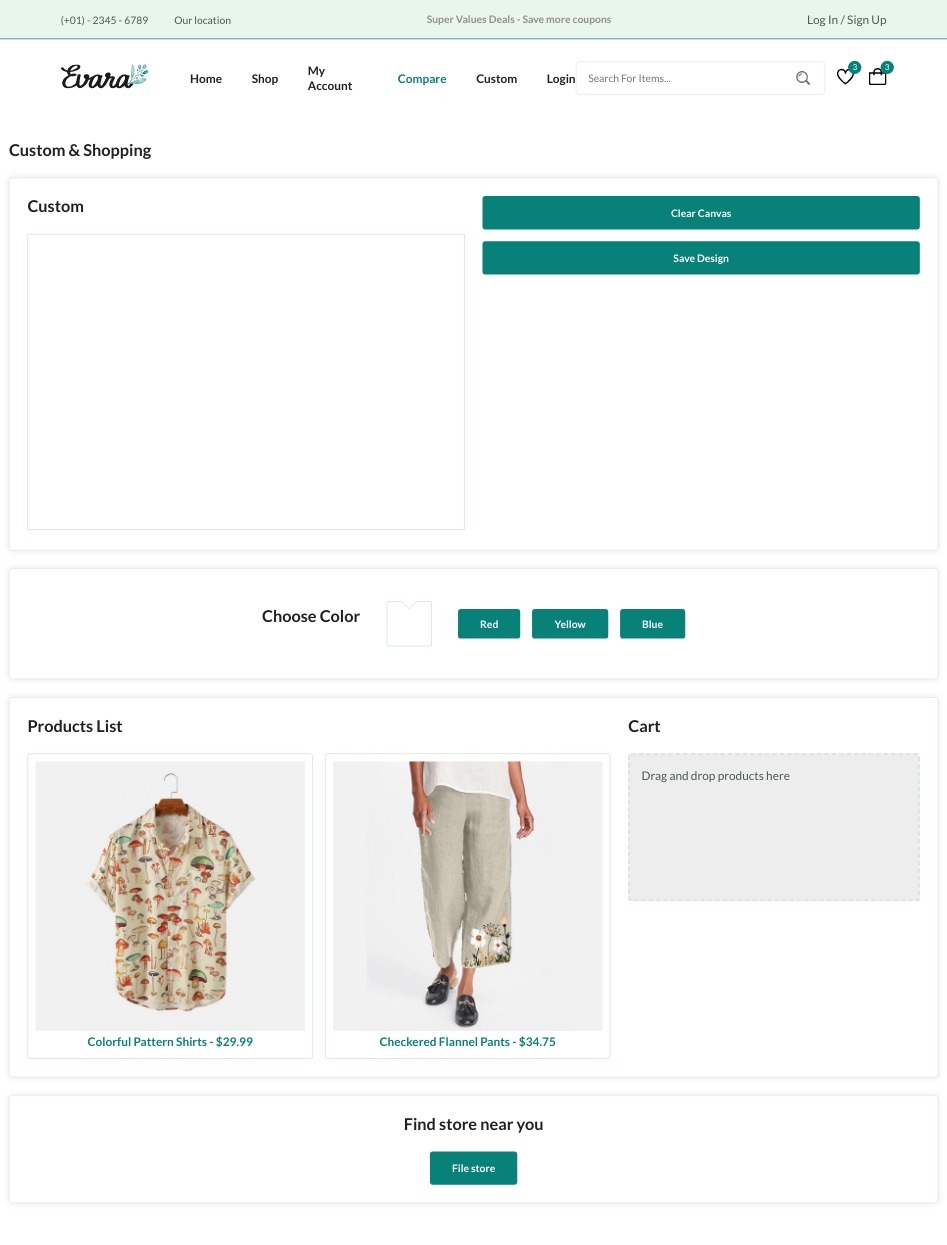
Repository: binhphanbp/evara-ecommerce
Page: custome-shop.html
The author's editor kept a copy of each file at every save. The page is drawn from the files as they stood at one save, then again after the next save.
The browser window is 1280 px wide. The pictures show the whole page, at 74% of full size.

Above is the page before, as saved 2025-06-17 07:56:41.

After the next save:
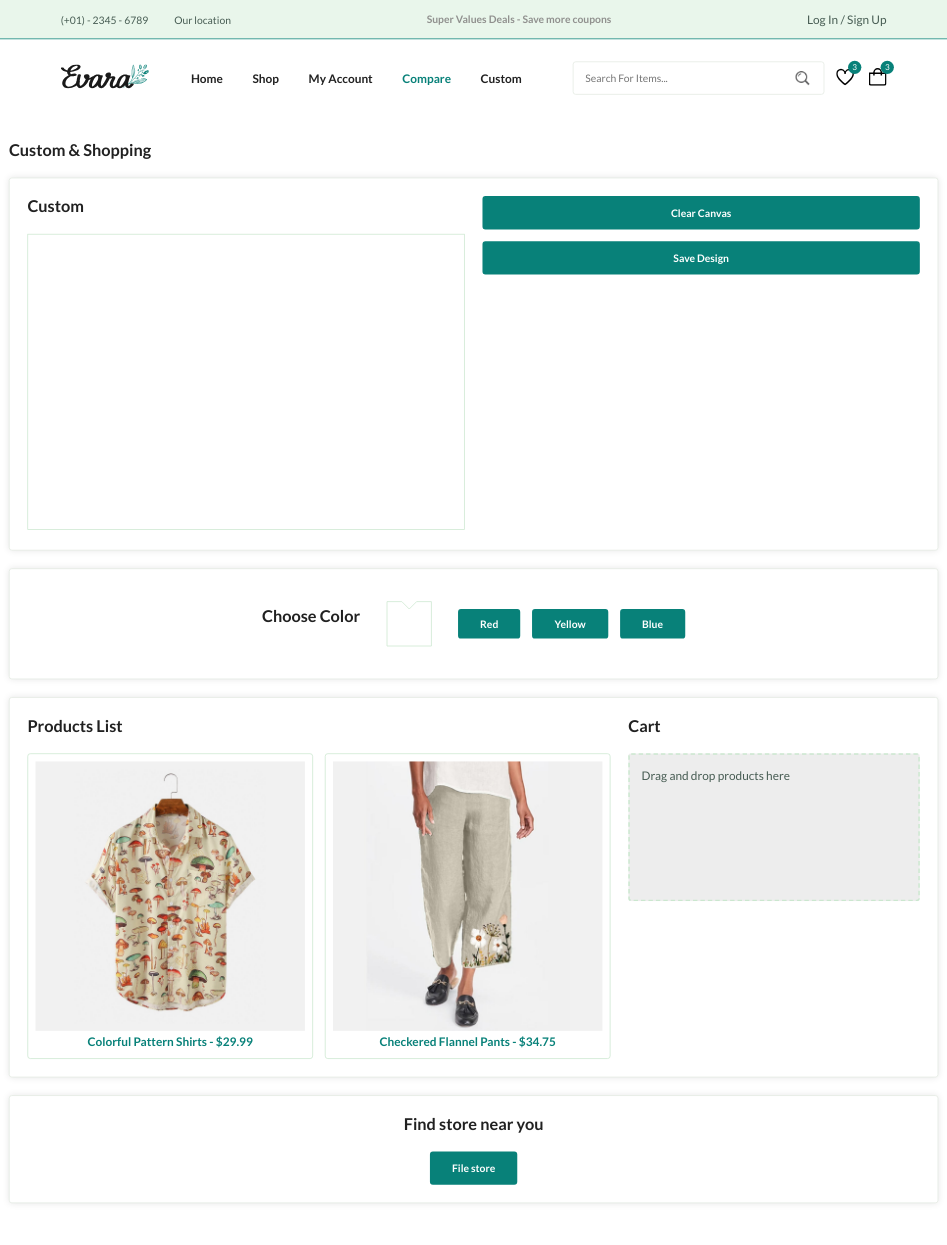
Saved 41 s later.
--- a/custome-shop.html
+++ b/custome-shop.html
@@ -166,9 +166,6 @@
             </li>
             <li class="nav__item">
               <a href="custome-shop.html" class="nav__link">Custom</a>
-            </li>
-            <li class="nav__item">
-              <a href="login-register.html" class="nav__link">Login</a>
             </li>
           </ul>
           <div class="header__search">
